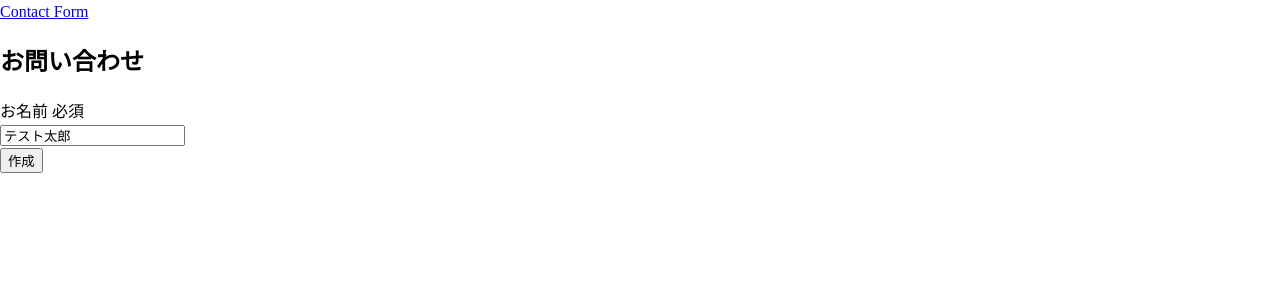
Repository: mayu-ya/my-contact-form
Page: http://localhost/
An editor plug-in stored every save of this project. The page is shown before and after the next save, followed by the edit.
The browser window is 1280 px wide. The pictures show the whole page.
The page is served by the project's Laravel application, run on PHP 8.4 with Laravel 8. Other server files are loaded and not shown.

Above is the page before, as saved 2025-12-26 00:28:13.

### src/routes/web.php
<?php

use Illuminate\Support\Facades\Route;
use App\Http\Controllers\ContactController;

/*
|--------------------------------------------------------------------------
| Web Routes
|--------------------------------------------------------------------------
|
| Here is where you can register web routes for your application. These
| routes are loaded by the RouteServiceProvider within a group which
| contains the "web" middleware group. Now create something great!
|
*/

Route::get('/', [ContactController::class,'index']);

### src/app/Http/Controllers/ContactController.php
<?php

namespace App\Http\Controllers;

use Illuminate\Http\Request;

class ContactController extends Controller
{
    public function index()
    {
        return view('index');
    }
}

### src/resources/views/index.blade.php
@extends('layouts.app')

@section('css')
<link rel="stylesheet" href="{{ asset('css/index.css') }}">
@endsection

@section('content')
<div class="form-content">
    <div class="form-title">
        <h2 class="form-title-con">お問い合わせ</h2>
    </div>

    <form class="form">
        <div class="form-name">
            <div class="form-name-content">
                <span class="form-name-content_name">お名前</span>
                <span class="form-name-content_re">必須</span>
            </div>
            <div class="form-name_create">
                <input type="text" name="name" value="テスト太郎">
            </div>
        </div>

        <div class="form-button">
            <button class="form-button_create">作成</button>
        </div>
    </form>
</div>
@endsection

### src/resources/views/layouts/app.blade.php
<!DOCTYPE html>
<html lang="ja">
<head>
    <meta charset="UTF-8">
    <meta name="viewport" content="width=device-width, initial-scale=1.0">
    <title>Contact Form</title>
    <link rel="stylesheet" href="{{ asset('css/sanitize.css') }}">
    @yield('css')
</head>
<body>
    <header class="header">
        <div class="header-title">
            <a href="/" class="header-logo">Contact Form</a>
        </div>
    </header>

    <main>
        @yield('content')
    </main>
</body>
</html>

### src/public/css/sanitize.css
/* Document
* ========================================================================== */

/**
* Add border box sizing in all browsers (opinionated).
*/

*,
::before,
::after {
  box-sizing: border-box;
}

/**
* 1. Add text decoration inheritance in all browsers (opinionated).
* 2. Add vertical alignment inheritance in all browsers (opinionated).
*/

::before,
::after {
  vertical-align: inherit;
  /* 2 */
  text-decoration: inherit;
  /* 1 */
}

/**
* 1. Use the default cursor in all browsers (opinionated).
* 2. Change the line height in all browsers (opinionated).
* 3. Use a 4-space tab width in all browsers (opinionated).
* 4. Remove the grey highlight on links in iOS (opinionated).
* 5. Prevent adjustments of font size after orientation changes in
*    IE on Windows Phone and in iOS.
* 6. Breaks words to prevent overflow in all browsers (opinionated).
*/

html {
  word-break: break-word;
  /* 6 */
  -moz-tab-size: 4;
  /* 3 */
  tab-size: 4;
  /* 3 */
  line-height: 1.5;
  /* 2 */
  cursor: default;
  /* 1 */

  -webkit-tap-highlight-color: transparent
    /* 4 */
  ;
  -ms-text-size-adjust: 100%;
  /* 5 */
  -webkit-text-size-adjust: 100%;
  /* 5 */
}

/* Sections
* ========================================================================== */

/**
* Remove the margin in all browsers (opinionated).
*/

body {
  margin: 0;
}

/**
* Correct the font size and margin on `h1` elements within `section` and
* `article` contexts in Chrome, Edge, Firefox, and Safari.
*/

h1 {
  margin: 0.67em 0;
  font-size: 2em;
}

/* Grouping content
* ========================================================================== */

/**
* Remove the margin on nested lists in Chrome, Edge, IE, and Safari.
*/

dl dl,
dl ol,
dl ul,
ol dl,
ul dl {
  margin: 0;
}

/**
* Remove the margin on nested lists in Edge 18- and IE.
*/

ol ol,
ol ul,
ul ol,
ul ul {
  margin: 0;
}

/**
* 1. Add the correct sizing in Firefox.
* 2. Show the overflow in Edge 18- and IE.
*/

hr {
  overflow: visible;
  /* 2 */
  height: 0;
  /* 1 */
}

/**
* Add the correct display in IE.
*/

main {
  display: block;
}

/**
* Remove the list style on navigation lists in all browsers (opinionated).
*/

nav ol,
nav ul {
  padding: 0;
  list-style: none;
}

/**
* 1. Correct the inheritance and scaling of font size in all browsers.
* 2. Correct the odd `em` font sizing in all browsers.
*/

pre {
  font-size: 1em;
  /* 2 */
  font-family: monospace, monospace;
  /* 1 */
}

/* Text-level semantics
* ========================================================================== */

/**
* Remove the gray background on active links in IE 10.
*/

a {
  background-color: transparent;
}

/**
* Add the correct text decoration in Edge 18-, IE, and Safari.
*/

abbr[title] {
  text-decoration: underline;
  text-decoration: underline dotted;
}

/**
* Add the correct font weight in Chrome, Edge, and Safari.
*/

b,
strong {
  font-weight: bolder;
}

/**
* 1. Correct the inheritance and scaling of font size in all browsers.
* 2. Correct the odd `em` font sizing in all browsers.
*/

code,
kbd,
samp {
  font-size: 1em;
  /* 2 */
  font-family: monospace, monospace;
  /* 1 */
}

/**
* Add the correct font size in all browsers.
*/

small {
  font-size: 80%;
}

/* Embedded content
* ========================================================================== */

/*
* Change the alignment on media elements in all browsers (opinionated).
*/

audio,
canvas,
iframe,
img,
svg,
video {
  vertical-align: middle;
}

/**
* Add the correct display in IE 9-.
*/

audio,
video {
  display: inline-block;
}

/**
* Add the correct display in iOS 4-7.
*/

audio:not([controls]) {
  display: none;
  height: 0;
}

/**
* Remove the border on iframes in all browsers (opinionated).
*/

iframe {
  border-style: none;
}

/**
* Remove the border on images within links in IE 10-.
*/

img {
  border-style: none;
}

/**
* Change the fill color to match the text color in all browsers (opinionated).
*/

svg:not([fill]) {
  fill: currentColor;
}

/**
* Hide the overflow in IE.
*/

svg:not(:root) {
  overflow: hidden;
}

/* Tabular data
* ========================================================================== */

/**
* Collapse border spacing in all browsers (opinionated).
*/

table {
  border-collapse: collapse;
}

/* Forms
* ========================================================================== */

/**
* Remove the margin on controls in Safari.
*/

button,
input,
select {
  margin: 0;
}

/**
* 1. Show the overflow in IE.
* 2. Remove the inheritance of text transform in Edge 18-, Firefox, and IE.
*/

button {
  overflow: visible;
  /* 1 */
  text-transform: none;
  /* 2 */
}

/**
* Correct the inability to style buttons in iOS and Safari.
*/

button,
[type="button"],
[type="reset"],
[type="submit"] {
  -webkit-appearance: button;
}

/**
* 1. Change the inconsistent appearance in all browsers (opinionated).
* 2. Correct the padding in Firefox.
*/

fieldset {
  padding: 0.35em 0.75em 0.625em;
  /* 2 */
  border: 1px solid #a0a0a0;
  /* 1 */
}

/**
* Show the overflow in Edge 18- and IE.
*/

input {
  overflow: visible;
}

/**
* 1. Correct the text wrapping in Edge 18- and IE.
* 2. Correct the color inheritance from `fieldset` elements in IE.
*/

legend {
  display: table;
  /* 1 */
  max-width: 100%;
  /* 1 */
  color: inherit;
  /* 2 */
  white-space: normal;
  /* 1 */
}

/**
* 1. Add the correct display in Edge 18- and IE.
* 2. Add the correct vertical alignment in Chrome, Edge, and Firefox.
*/

progress {
  display: inline-block;
  /* 1 */
  vertical-align: baseline;
  /* 2 */
}

/**
* Remove the inheritance of text transform in Firefox.
*/

select {
  text-transform: none;
}

/**
* 1. Remove the margin in Firefox and Safari.
* 2. Remove the default vertical scrollbar in IE.
* 3. Change the resize direction in all browsers (opinionated).
*/

textarea {
  overflow: auto;
  /* 2 */
  margin: 0;
  /* 1 */
  resize: vertical;
  /* 3 */
}

/**
* Remove the padding in IE 10-.
*/

[type="checkbox"],
[type="radio"] {
  padding: 0;
}

/**
* 1. Correct the odd appearance in Chrome, Edge, and Safari.
* 2. Correct the outline style in Safari.
*/

[type="search"] {
  outline-offset: -2px;
  /* 2 */

  -webkit-appearance: textfield;
  /* 1 */
}

/**
* Correct the cursor style of increment and decrement buttons in Safari.
*/

::-webkit-inner-spin-button,
::-webkit-outer-spin-button {
  height: auto;
}

/**
* Correct the text style of placeholders in Chrome, Edge, and Safari.
*/

::-webkit-input-placeholder {
  color: inherit;
  opacity: 0.54;
}

/**
* Remove the inner padding in Chrome, Edge, and Safari on macOS.
*/

::-webkit-search-decoration {
  -webkit-appearance: none;
}

/**
* 1. Correct the inability to style upload buttons in iOS and Safari.
* 2. Change font properties to `inherit` in Safari.
*/

::-webkit-file-upload-button {
  font: inherit;
  /* 2 */

  -webkit-appearance: button;
  /* 1 */
}

/**
* Remove the inner border and padding of focus outlines in Firefox.
*/

::-moz-focus-inner {
  padding: 0;
  border-style: none;
}

/**
* Restore the focus outline styles unset by the previous rule in Firefox.
*/

:-moz-focusring {
  outline: 1px dotted ButtonText;
}

/**
* Remove the additional :invalid styles in Firefox.
*/

:-moz-ui-invalid {
  box-shadow: none;
}

/* Interactive
* ========================================================================== */

/*
* Add the correct display in Edge 18- and IE.
*/

details {
  display: block;
}

/*
* Add the correct styles in Edge 18-, IE, and Safari.
*/

dialog {
  position: absolute;
  right: 0;
  left: 0;
  display: block;
  margin: auto;
  padding: 1em;
  width: -moz-fit-content;
  width: -webkit-fit-content;
  width: fit-content;
  height: -moz-fit-content;
  height: -webkit-fit-content;
  height: fit-content;
  border: solid;
  background-color: white;
  color: black;
}

dialog:not([open]) {
  display: none;
}

/*
* Add the correct display in all browsers.
*/

summary {
  display: list-item;
}

/* Scripting
* ========================================================================== */

/**
* Add the correct display in IE 9-.
*/

canvas {
  display: inline-block;
}

/**
* Add the correct display in IE.
*/

template {
  display: none;
}

/* User interaction
* ========================================================================== */

/*
* 1. Remove the tapping delay in IE 10.
* 2. Remove the tapping delay on clickable elements
in all browsers (opinionated).
*/

a,
area,
button,
input,
label,
select,
summary,
textarea,
[tabindex] {
  -ms-touch-action: manipulation;
  /* 1 */
  touch-action: manipulation;
  /* 2 */
}

/**
* Add the correct display in IE 10-.
*/

[hidden] {
  display: none;
}

/* Accessibility
* ========================================================================== */

/**
* Change the cursor on busy elements in all browsers (opinionated).
*/

[aria-busy="true"] {
  cursor: progress;
}

/*
* Change the cursor on control elements in all browsers (opinionated).
*/

[aria-controls] {
  cursor: pointer;
}

/*
* Change the cursor on disabled, not-editable, or otherwise
* inoperable elements in all browsers (opinionated).
*/

[aria-disabled="true"],
[disabled] {
  cursor: not-allowed;
}

/*
* Change the display on visually hidden accessible elements
* in all browsers (opinionated).
*/

[aria-hidden="false"][hidden] {
  display: initial;
}

[aria-hidden="false"][hidden]:not(:focus) {
  position: absolute;
  clip: rect(0, 0, 0, 0);
}

Loaded but not shown: src/app/Http/Controllers/Controller.php (common file); src/public/css/index.css (no stored copy; drawn as an empty file)

After the next save:
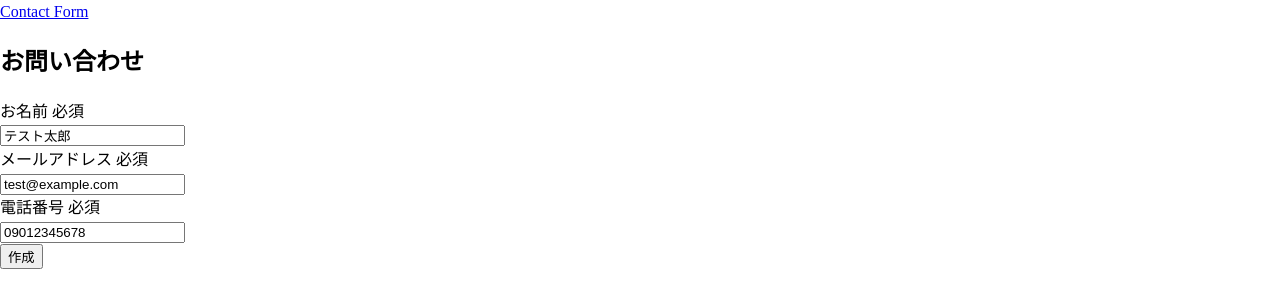
Saved 5 days later.
--- a/src/resources/views/index.blade.php
+++ b/src/resources/views/index.blade.php
@@ -5,21 +5,40 @@
 @endsection
 
 @section('content')
-<div class="form-content">
+<div class="content">
     <div class="form-title">
         <h2 class="form-title-con">お問い合わせ</h2>
     </div>
 
     <form class="form">
-        <div class="form-name">
-            <div class="form-name-content">
-                <span class="form-name-content_name">お名前</span>
-                <span class="form-name-content_re">必須</span>
+        <div class="form-content">
+            <div class="form-content-name">
+                <span class="form-content-name_na">お名前</span>
+                <span class="form-content-name_re">必須</span>
             </div>
             <div class="form-name_create">
                 <input type="text" name="name" value="テスト太郎">
             </div>
         </div>
+        <div class="form-content">
+            <div class="form-content-email">
+                <span class="form-content-email_em">メールアドレス</span>
+                <span class="form-content-email_re">必須</span>
+            </div>
+            <div class="form-email_create">
+                <input type="text" name="email" value="test@example.com">
+            </div>
+        </div>
+        <div class="form-content">
+            <div class="form-content-tel">
+                <span class="form-content-tel_te">電話番号</span>
+                <span class="form-content-tel_re">必須</span>
+            </div>
+            <div class="form-tel_create">
+                <input type="text" name="tel" value="09012345678">
+            </div>
+        </div>
+        <div class="form-content"></div>
 
         <div class="form-button">
             <button class="form-button_create">作成</button>
